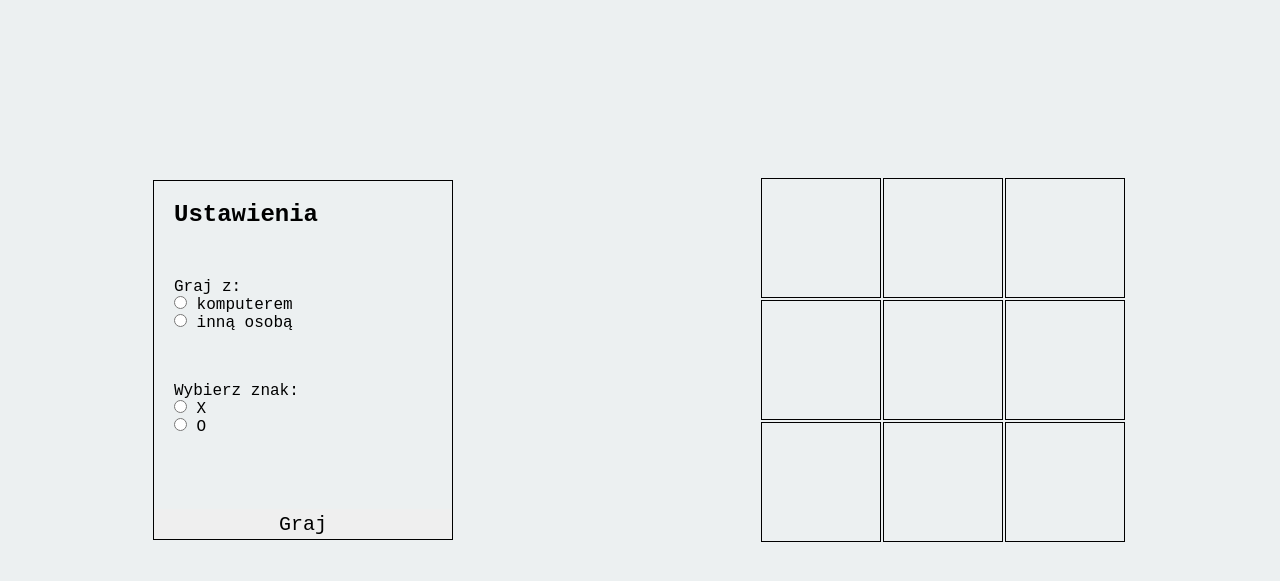
Repository: SebastianArmata22/Tic-Tac-Toe
Page: index.html
An editor plug-in stored every save of this project. The page is shown before and after the next save, followed by the edit.
The browser window is 1280 px wide. The pictures show the whole page.
Some web fonts or font styles are not loaded; a fallback is used.

Above is the page before, as saved 2020-11-03 14:37:57.

After the next save:
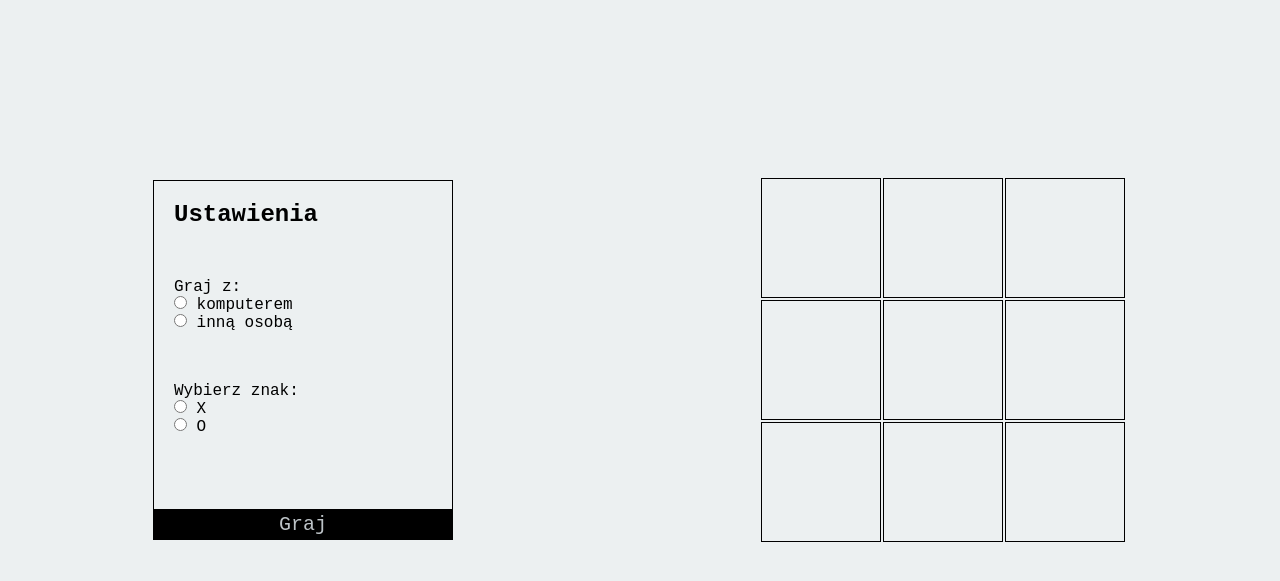
Saved 54 s later.
--- a/style.css
+++ b/style.css
@@ -41,6 +41,8 @@
     border-style: none;
     height: 30px;
     font-size: 20px;
+    background-color: black;
+    color: #bdc3c7;
 }
 .choice{
     margin-top: 50px;

After the save that followed:
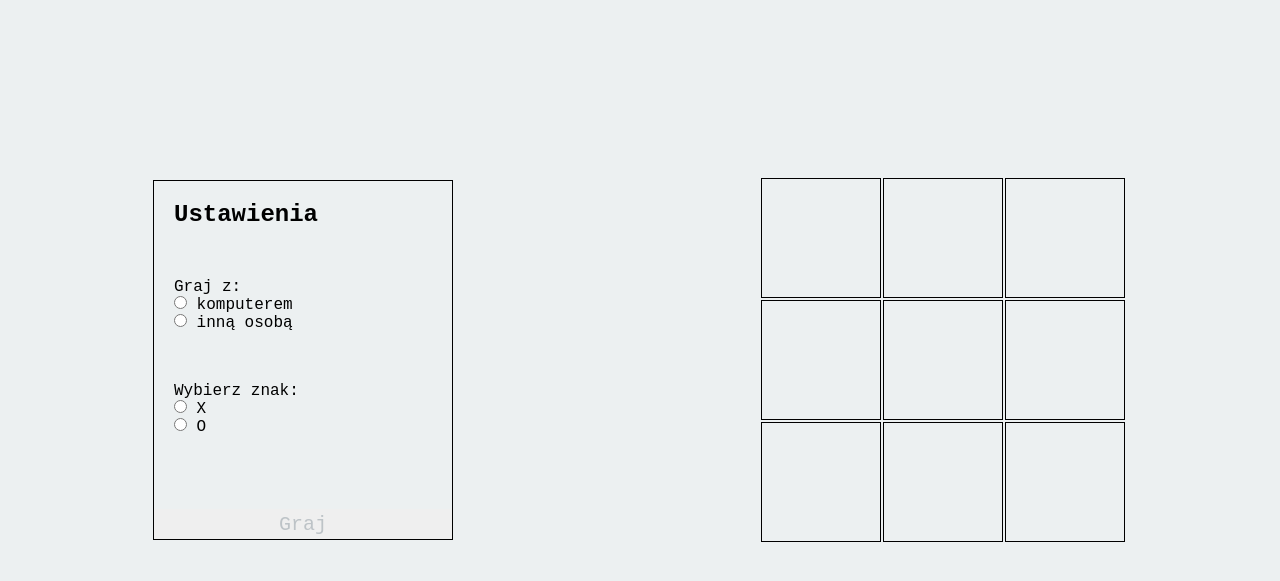
Saved 15 s later.
--- a/style.css
+++ b/style.css
@@ -41,7 +41,6 @@
     border-style: none;
     height: 30px;
     font-size: 20px;
-    background-color: black;
     color: #bdc3c7;
 }
 .choice{
